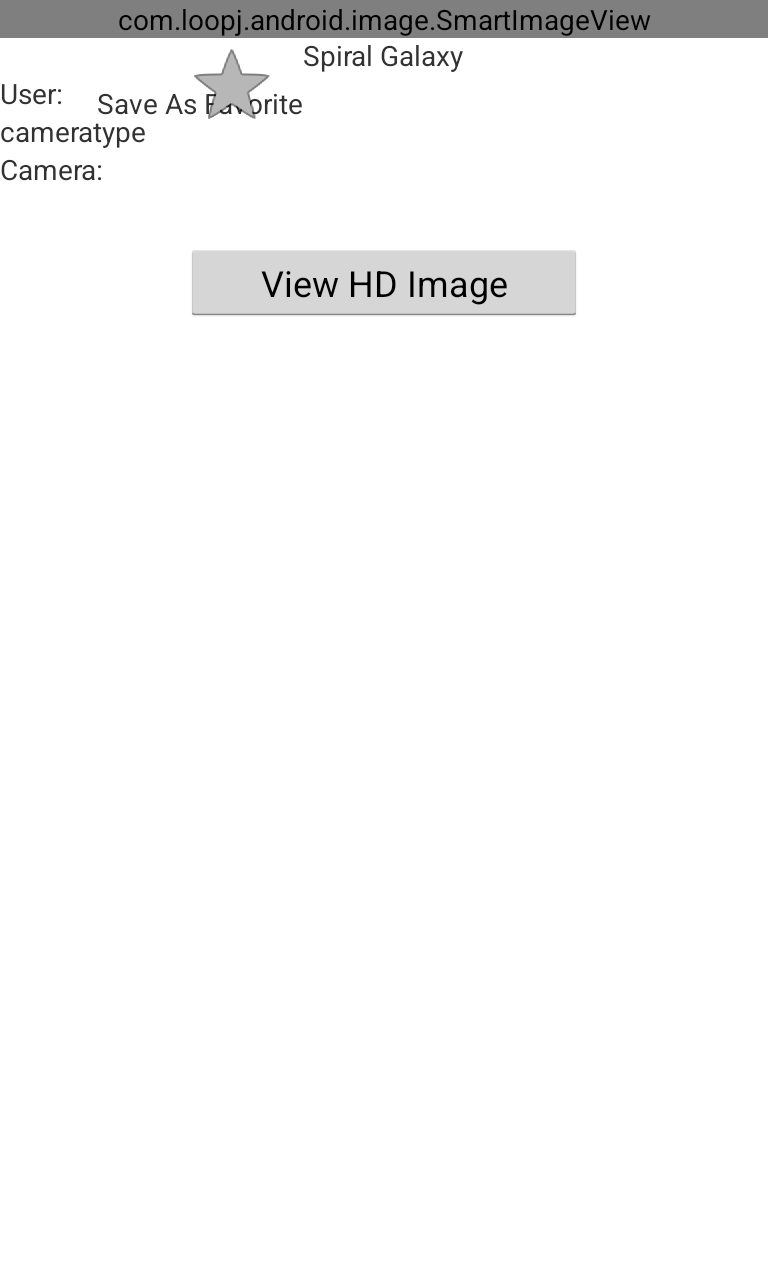
Repository: arianaantonio/Java2_Antonio
Layout: SpaceImageViewer/res/layout/details_activity.xml
The author's editor kept a copy of each file at every save. The layout is drawn from the files as they stood at one save, then again after the next save.
Pictures or frames that could not be fetched are drawn as grey boxes. It is drawn on a 768 x 1280 px phone screen (xhdpi) without system bars, with theme AppTheme; the app's code is not run.

Above is the layout before, as saved 2014-07-17 05:06:31.

### SpaceImageViewer/res/layout/details_activity.xml
<?xml version="1.0" encoding="utf-8"?>
<RelativeLayout xmlns:android="http://schemas.android.com/apk/res/android"
    android:layout_width="match_parent"
    android:layout_height="match_parent"
    android:orientation="vertical" >

    <TextView
        android:id="@+id/title"
        android:layout_width="wrap_content"
        android:layout_height="wrap_content"
        android:layout_alignParentTop="true"
        android:layout_centerHorizontal="true"
        android:layout_marginTop="18dp"
        android:text="Spiral Galaxy" />
	<LinearLayout
    	android:layout_width="match_parent"
    	android:layout_height="match_parent"
    	android:orientation="vertical">

    <TextView
        android:id="@+id/userName"
        android:layout_width="wrap_content"
        android:layout_height="wrap_content"
        android:layout_marginLeft="18dp"
        android:text="username" />

    <TextView
        android:id="@+id/user"
        android:layout_width="wrap_content"
        android:layout_height="wrap_content"
        android:layout_marginTop="18dp"
        android:text="@string/userString" />

    <TextView
        android:id="@+id/cameraType"
        android:layout_width="wrap_content"
        android:layout_height="wrap_content"
        android:text="cameratype" />

    <TextView
        android:id="@+id/camera"
        android:layout_width="wrap_content"
        android:layout_height="wrap_content"
        android:text="@string/cameraString" />
	</LinearLayout>
    <Button
        android:id="@+id/button1"
        android:layout_width="wrap_content"
        android:layout_height="wrap_content"
        android:layout_below="@+id/ratingBar"
        android:layout_centerHorizontal="true"
        android:layout_marginTop="46dp"
        android:minHeight="35dp"
        android:text="@string/HDbutton"
        android:width="200dp" />

    <TextView
        android:id="@+id/textView1"
        android:layout_width="wrap_content"
        android:layout_height="wrap_content"
        android:layout_alignBottom="@+id/ratingBar"
        android:layout_marginBottom="14dp"
        android:layout_toLeftOf="@+id/title"
        android:text="@string/favorite" />
    <com.loopj.android.image.SmartImageView
    android:id="@+id/my_image"
    android:layout_width="match_parent"
    android:layout_height="wrap_content"
    android:visibility="visible" />

    <RatingBar
        android:id="@+id/ratingBar"
        android:layout_width="wrap_content"
        android:layout_height="wrap_content"
        android:layout_alignLeft="@+id/button1"
        android:layout_alignTop="@+id/title"
        android:numStars="1"
        android:rating="0.0"
        android:stepSize="1.0" />

</RelativeLayout>

### SpaceImageViewer/res/values/strings.xml
<?xml version="1.0" encoding="utf-8"?>
<resources>

    <string name="app_name">Space Image Viewer</string>
    <string name="action_settings">Settings</string>
    <string name="textview_text">List of images of spiral galaxies</string>
    <string name="detail_view">Details:</string>
    <string name="Description">Image View</string>
    <color name="Purple">#7F00FF</color>
    <color name="Grey">#D8D8D8</color>
    <color name="Aqua">#99FFFF</color>
    <string name="userString">User:</string>
    <string name="cameraString">Camera:</string>
    <string name="HDbutton">View HD Image</string>
    <string name="detailactivity">Details Activity</string>
    <string name="favorite">Save As Favorite</string>


</resources>

Loaded but not shown: SpaceImageViewer/res/values/styles.xml (common file); SpaceImageViewer/res/values-v11/styles.xml (common file); SpaceImageViewer/res/values-v14/styles.xml (common file)

After the next save:
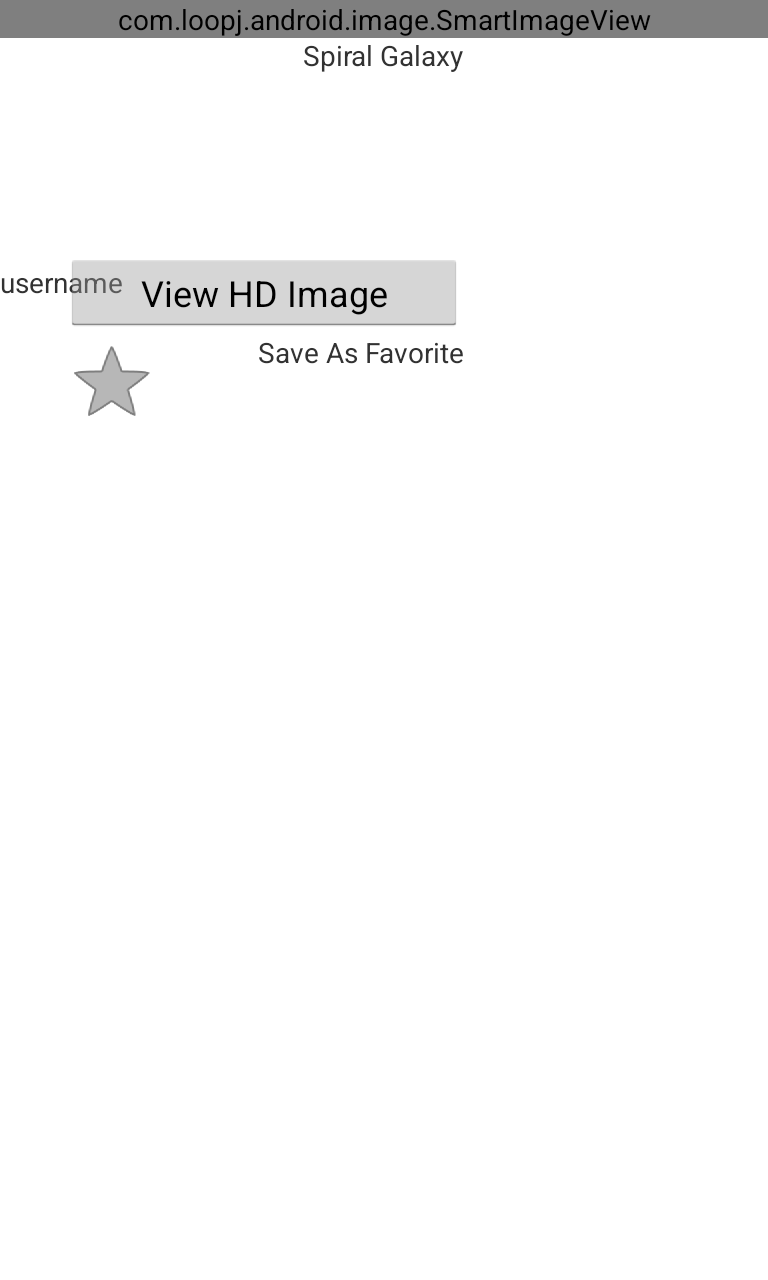
Saved 3 min 57 s later.
--- a/SpaceImageViewer/res/layout/details_activity.xml
+++ b/SpaceImageViewer/res/layout/details_activity.xml
@@ -12,44 +12,54 @@
         android:layout_centerHorizontal="true"
         android:layout_marginTop="18dp"
         android:text="Spiral Galaxy" />
-	<LinearLayout
-    	android:layout_width="match_parent"
-    	android:layout_height="match_parent"
-    	android:orientation="vertical">
 
-    <TextView
-        android:id="@+id/userName"
-        android:layout_width="wrap_content"
+    <LinearLayout
+        android:id="@+id/linearLayout1"
+        android:layout_width="match_parent"
+        android:layout_height="35dp"
+        android:layout_alignBottom="@+id/button1"
+        android:layout_alignParentRight="true"
+        android:orientation="vertical" >
+
+        <TextView
+            android:id="@+id/userName"
+            android:layout_width="wrap_content"
+            android:layout_height="wrap_content"
+            android:text="username" />
+
+        <TextView
+            android:id="@+id/user"
+            android:layout_width="wrap_content"
+            android:layout_height="wrap_content"
+            android:layout_marginTop="18dp"
+            android:text="@string/userString" />
+
+        <TextView
+            android:id="@+id/cameraType"
+            android:layout_width="wrap_content"
+            android:layout_height="wrap_content"
+            android:text="cameratype" />
+
+        <TextView
+            android:id="@+id/camera"
+            android:layout_width="wrap_content"
+            android:layout_height="wrap_content"
+            android:text="@string/cameraString" />
+    </LinearLayout>
+
+    <com.loopj.android.image.SmartImageView
+        android:id="@+id/my_image"
+        android:layout_width="match_parent"
         android:layout_height="wrap_content"
-        android:layout_marginLeft="18dp"
-        android:text="username" />
+        android:visibility="visible" />
 
-    <TextView
-        android:id="@+id/user"
-        android:layout_width="wrap_content"
-        android:layout_height="wrap_content"
-        android:layout_marginTop="18dp"
-        android:text="@string/userString" />
-
-    <TextView
-        android:id="@+id/cameraType"
-        android:layout_width="wrap_content"
-        android:layout_height="wrap_content"
-        android:text="cameratype" />
-
-    <TextView
-        android:id="@+id/camera"
-        android:layout_width="wrap_content"
-        android:layout_height="wrap_content"
-        android:text="@string/cameraString" />
-	</LinearLayout>
     <Button
         android:id="@+id/button1"
         android:layout_width="wrap_content"
         android:layout_height="wrap_content"
-        android:layout_below="@+id/ratingBar"
-        android:layout_centerHorizontal="true"
-        android:layout_marginTop="46dp"
+        android:layout_alignRight="@+id/title"
+        android:layout_alignTop="@+id/title"
+        android:layout_marginTop="108dp"
         android:minHeight="35dp"
         android:text="@string/HDbutton"
         android:width="200dp" />
@@ -58,22 +68,16 @@
         android:id="@+id/textView1"
         android:layout_width="wrap_content"
         android:layout_height="wrap_content"
-        android:layout_alignBottom="@+id/ratingBar"
-        android:layout_marginBottom="14dp"
-        android:layout_toLeftOf="@+id/title"
+        android:layout_alignRight="@+id/button1"
+        android:layout_below="@+id/linearLayout1"
         android:text="@string/favorite" />
-    <com.loopj.android.image.SmartImageView
-    android:id="@+id/my_image"
-    android:layout_width="match_parent"
-    android:layout_height="wrap_content"
-    android:visibility="visible" />
 
     <RatingBar
         android:id="@+id/ratingBar"
         android:layout_width="wrap_content"
         android:layout_height="wrap_content"
         android:layout_alignLeft="@+id/button1"
-        android:layout_alignTop="@+id/title"
+        android:layout_alignTop="@+id/textView1"
         android:numStars="1"
         android:rating="0.0"
         android:stepSize="1.0" />
